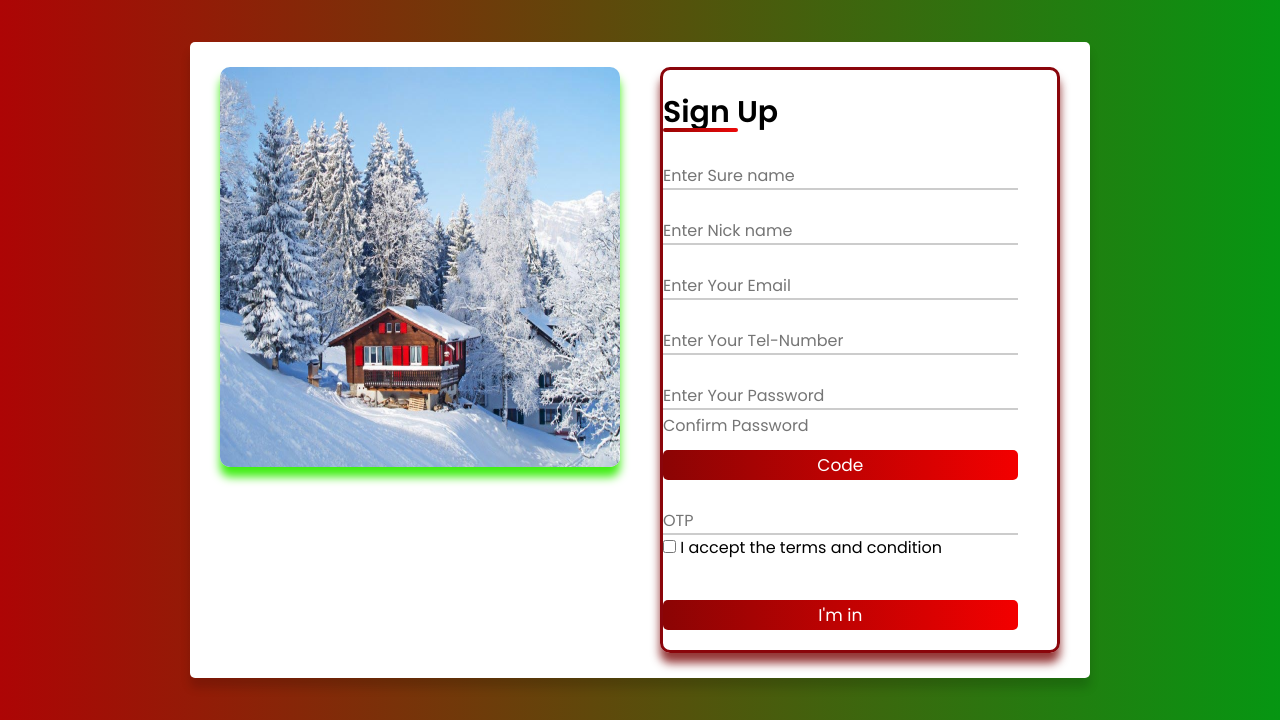
Repository: dev-ashik/Halloween
Page: Reg Page/Index.html
An editor plug-in stored every save of this project. The page is shown before and after the next save, followed by the edit.
The browser window is 1280 px wide. The pictures show the whole page.

Above is the page before, as saved 2021-12-21 22:22:47.

After the next save:
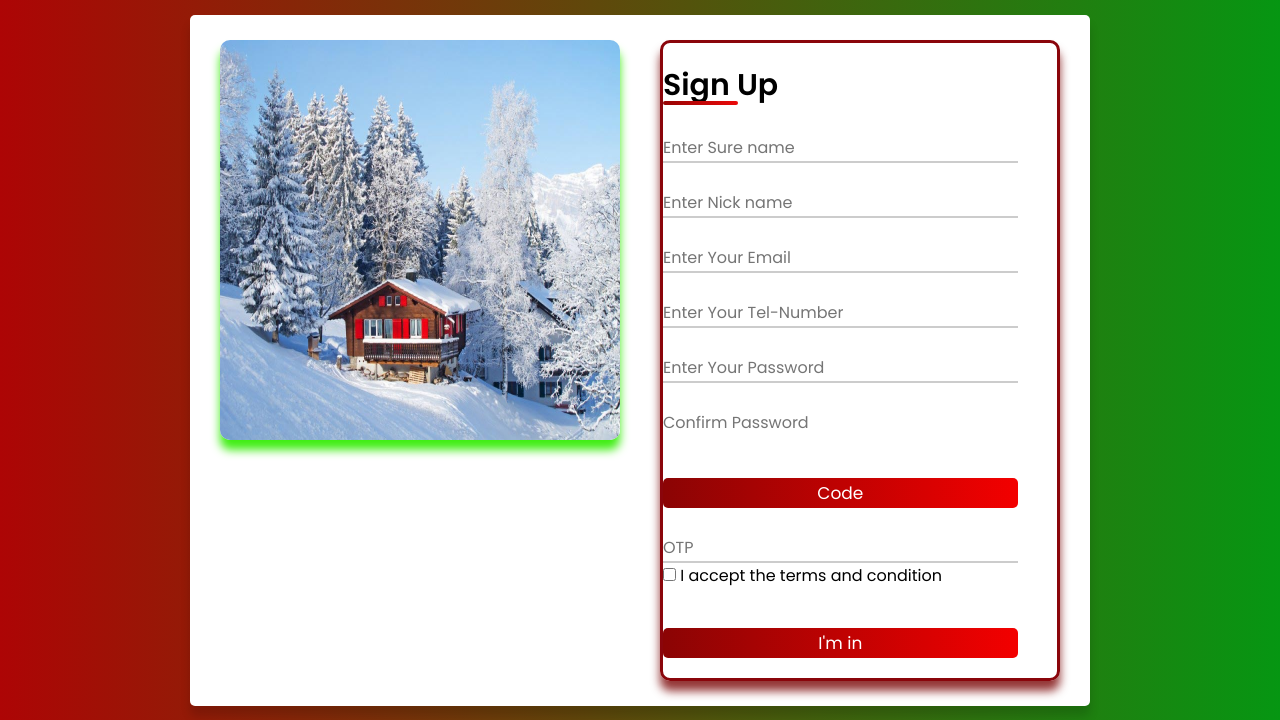
Saved 16 s later.
--- a/Reg Page/Index.html
+++ b/Reg Page/Index.html
@@ -35,10 +35,10 @@
                 </div>
                 <div class="box">
                     <input type="password" placeholder="Enter Your Password" id="pwd" required>
-                    <input type="password" placeholder="Confirm Password" id="pwd" required>
                     <div class="underline"></div>
                     <!--Password Field with velidation-->
                 </div>
+                <div class="box"><input type="password" placeholder="Confirm Password" id="pwd" required></div>
                 <div class="box button">
                     <button onclick="vercod()" id="vc">Code</button>
                     <!--Code form-->
